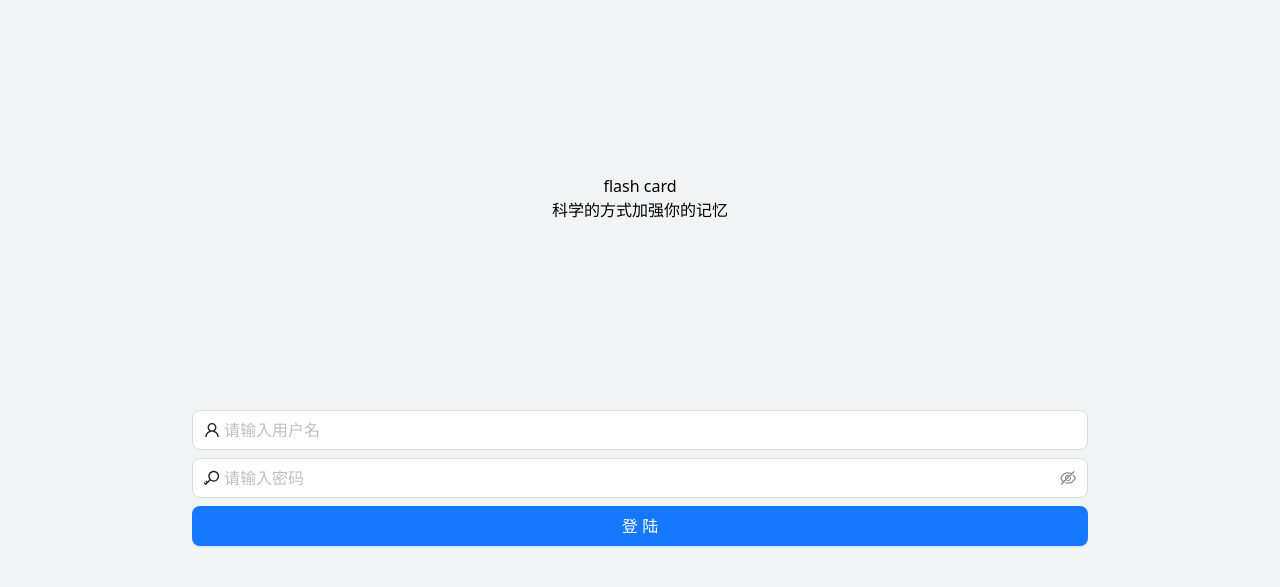
Repository: wujieli0207/tiny-flash-card
Page: /#/login
These files come from the project's save history. The page is drawn as it stood at one moment and after the next save; the edit follows.
The browser window is 1280 px wide. The pictures show the whole page.
The project was rebuilt for these pictures with package versions that can differ from the ones it lists, and the page was loaded fresh each time. Also part of the build but not shown: vite.config.ts.

Above is the page before, as saved 2023-06-11 18:32:06.

After the next save:
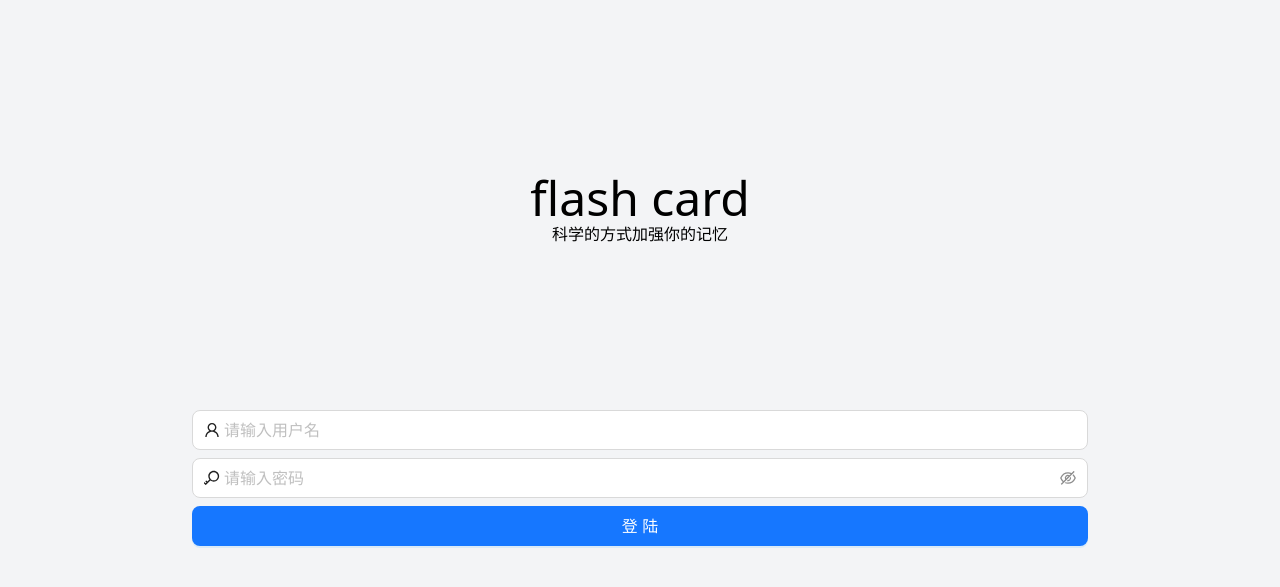
Saved 16 s later.
--- a/src/client/pages/login.tsx
+++ b/src/client/pages/login.tsx
@@ -34,7 +34,7 @@ const Login = () => {
       <PageTitle title="登陆" />
 
       <header className="w-screen text-center min-h-[236px]">
-        <div>flash card</div>
+        <div className="text-5xl">flash card</div>
         <div>科学的方式加强你的记忆</div>
       </header>
 
